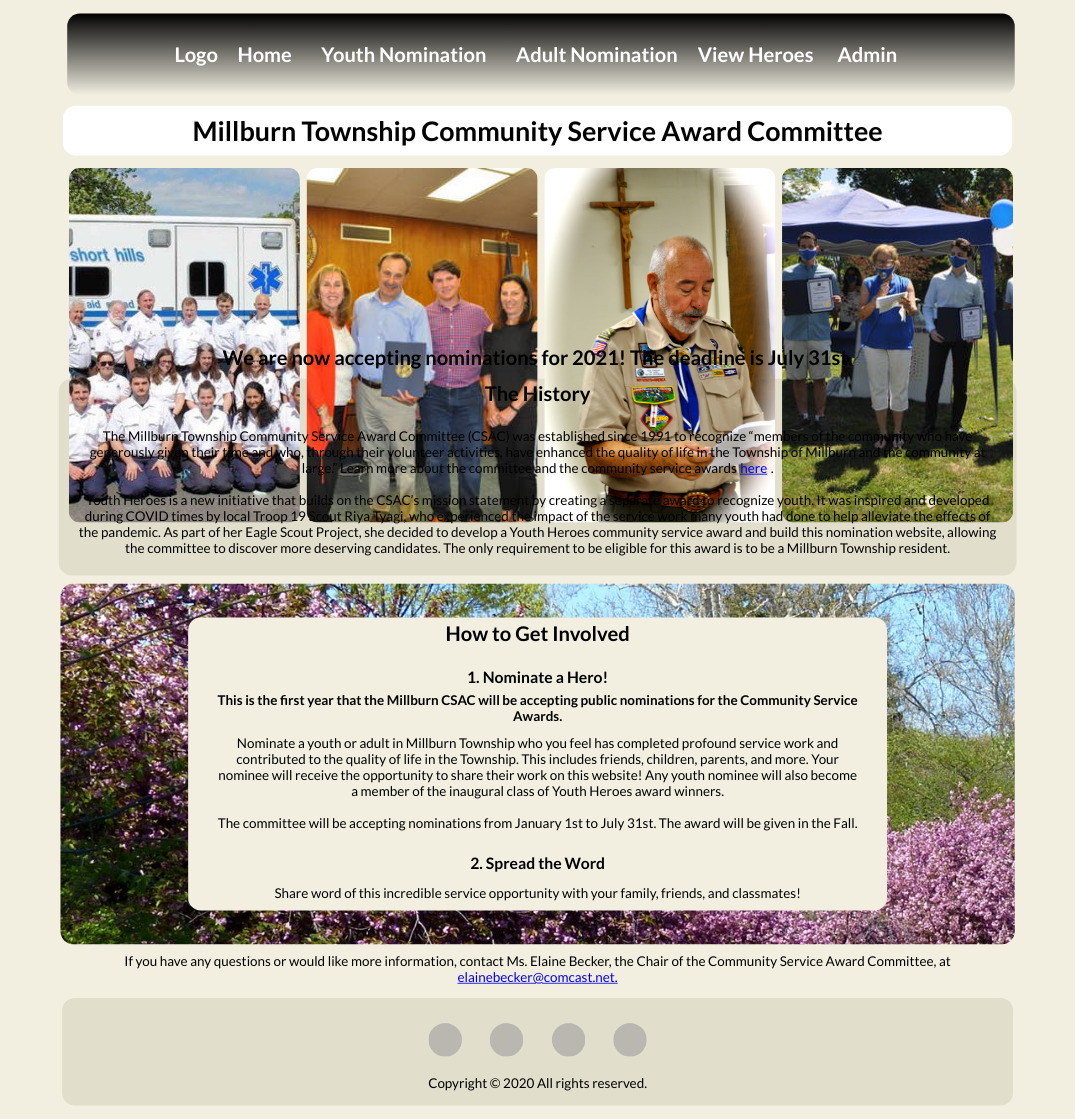
Repository: Centrattic/Young-Heroes-Website
Page: http://localhost/Frontend/home.php
These files come from the project's save history. The page is drawn as it stood at one moment and after the next save; the edit follows.
The browser window is 1280 px wide. The pictures show the whole page, at 84% of full size.
Pictures or frames that could not be fetched are drawn as grey boxes. The page is run by PHP 8.4 with error messages shown; the project is at /var/www/html/.

Above is the page before, as saved 2020-12-09 15:33:46.

After the next save:
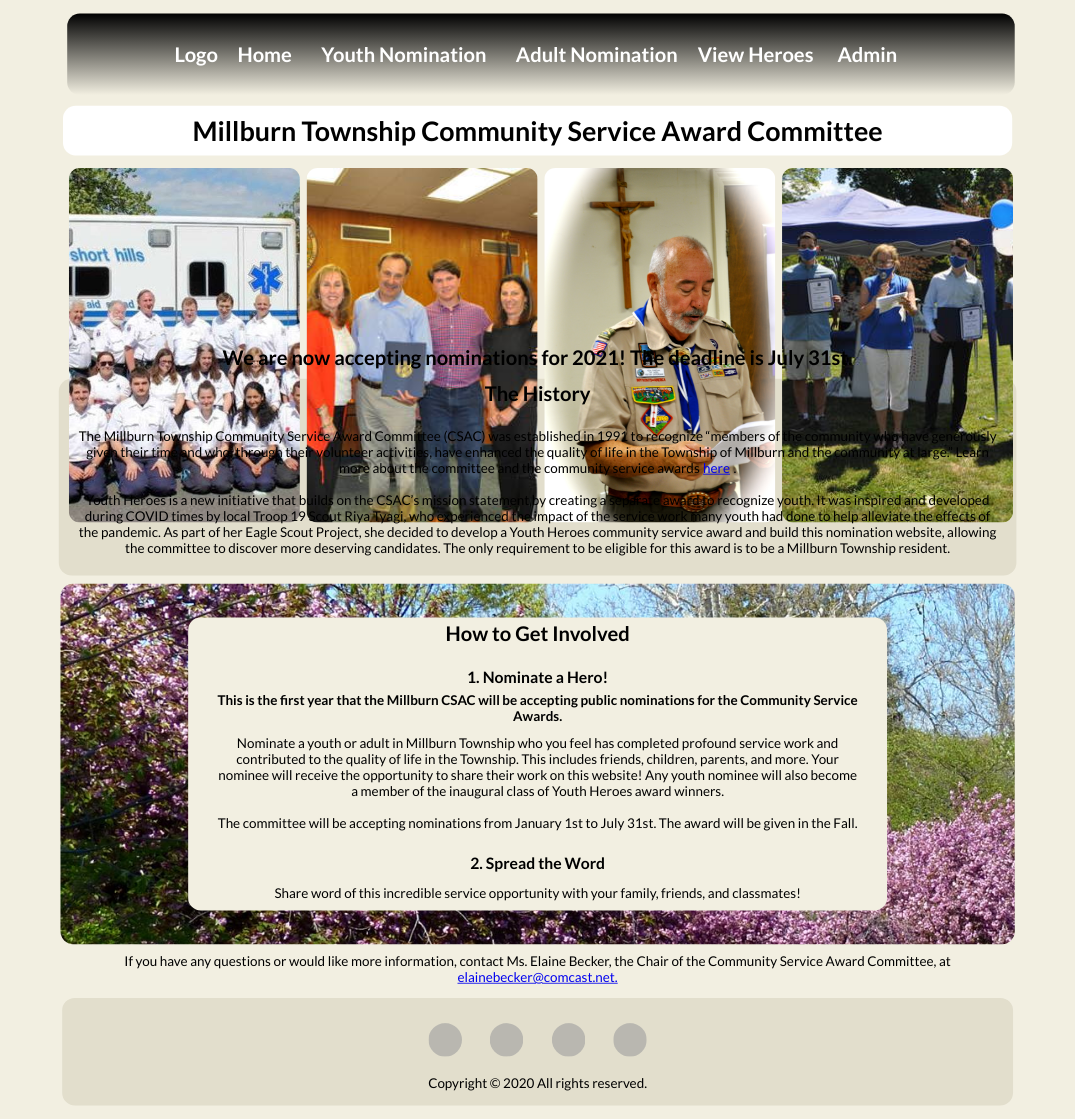
Saved 6 s later.
--- a/Eagle Project/Frontend/home.php
+++ b/Eagle Project/Frontend/home.php
@@ -79,7 +79,7 @@ require '../Backend/dbhconnect.php';
 
     <div id = "CSAChistory">
       <h2> The History </h2> <br>
-      <p> The Millburn Township Community Service Award Committee (CSAC) was established since 1991 to recognize “members of the community who have
+      <p> The Millburn Township Community Service Award Committee (CSAC) was established in 1991 to recognize “members of the community who have
         generously given their time and who, through their volunteer activities, have enhanced the quality of life in the Township of Millburn
         and the community at large.” Learn more about the committee and the community service awards<a href = "https://twp.millburn.nj.us/188/Community-Service-Award-Committee">here</a>.
         <br> <br> Youth Heroes is a new initiative that builds on the CSAC’s mission statement by creating a separate award to recognize youth. It was inspired
